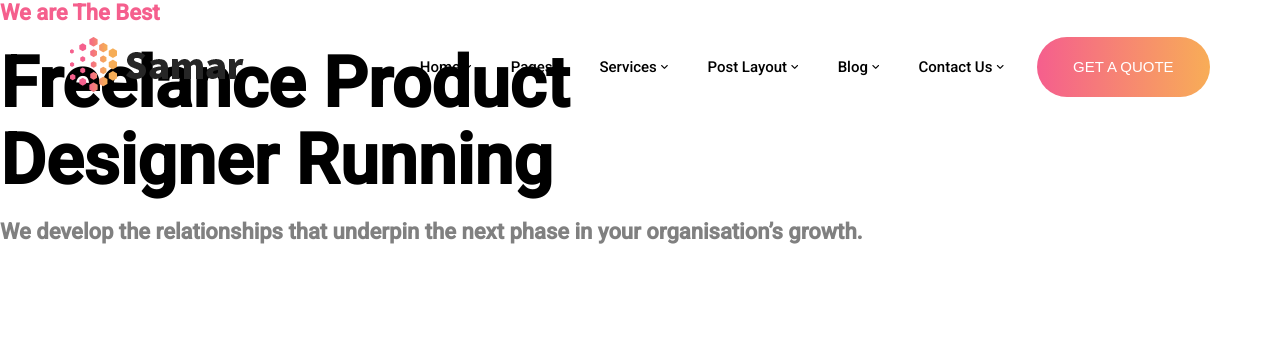
Repository: truongcongtrung2709/truongcongtrung__samar
Page: index.html
The author's editor kept a copy of each file at every save. The page is drawn from the files as they stood at one save, then again after the next save.
The browser window is 1280 px wide. The pictures show the whole page.
Some web libraries are served in a nearby version.

Above is the page before, as saved 2022-06-22 20:46:04.

After the next save:
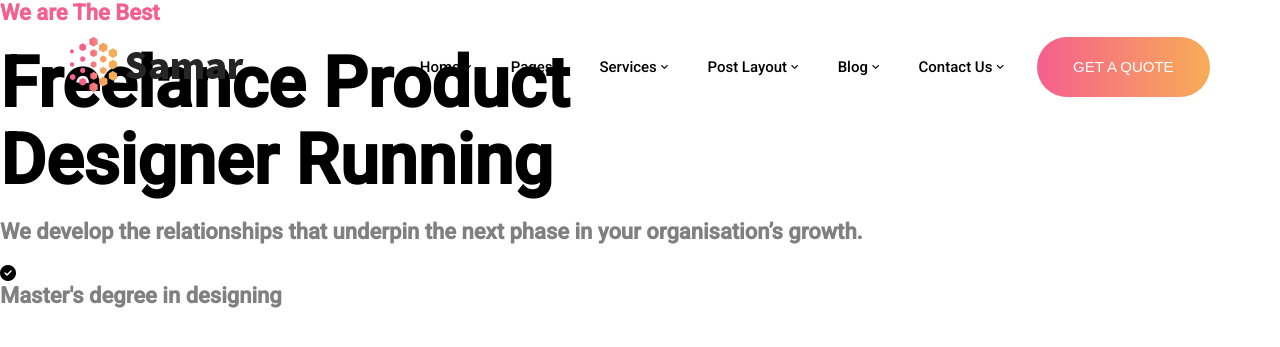
Saved 3 min 45 s later.
--- a/index.html
+++ b/index.html
@@ -41,7 +41,7 @@
       </div>
     </div>
   </header>
-  <section class="title">
+  <section id="intro">
     <div class="container">
       <div class="intro__content">
         <div class="intro__left">
@@ -49,6 +49,8 @@
           <h1>Freelance Product<br>Designer Running</h1>
           <p class="text__gray">We develop the relationships that underpin the next phase in your
             organisation’s growth.</p>
+          <i class="fa-solid fa-circle-check"></i>
+          <p class="text__gray">Master's degree in designing</p>
         </div>
         <div class="intro-right">
 
